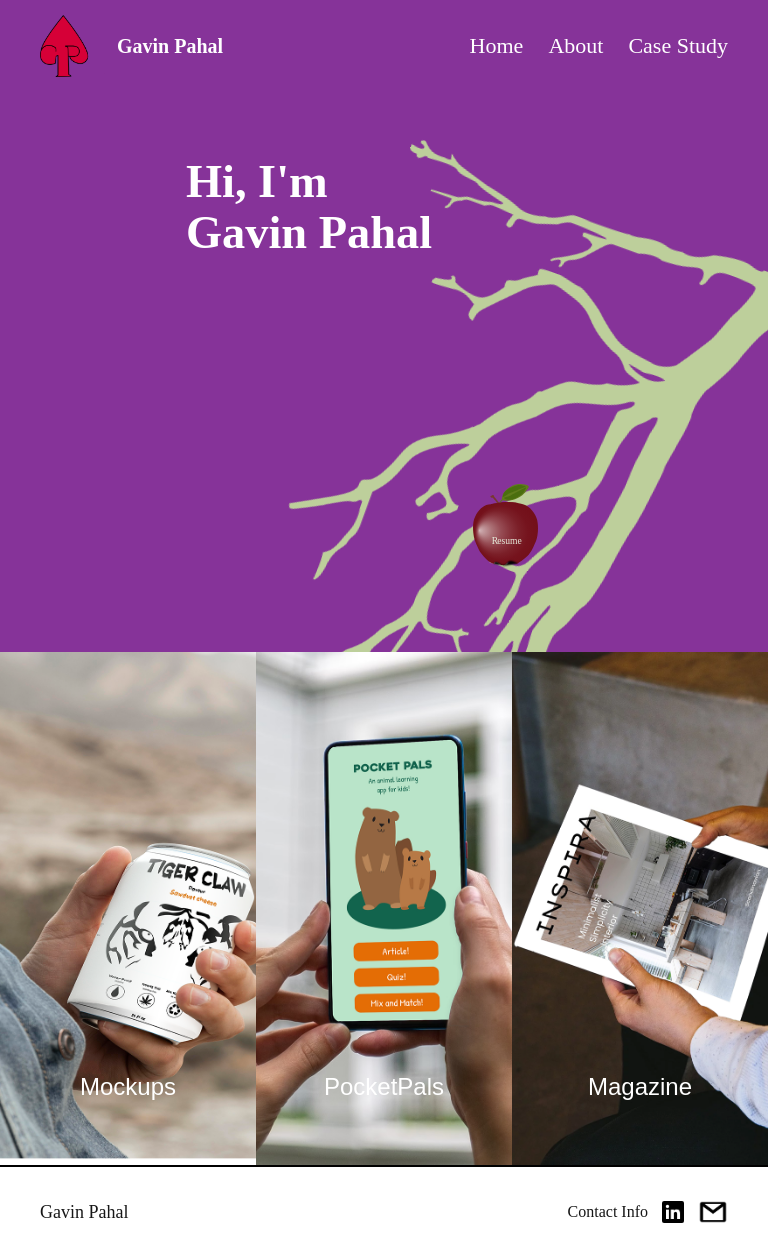
Repository: GavinPahal/portfolios
Page: /
These files come from the project's save history. The page is drawn as it stood at one moment and after the next save; the edit follows.
The browser window is 768 px wide. The pictures show the whole page.
The project was rebuilt for these pictures with package versions that can differ from the ones it lists, and the page was loaded fresh each time. The framework's server and built-in components were replaced by stand-ins that run in the browser. Also part of the build but not shown: next.config.mjs, components/BackToTop/BackToTop.module.css.

Above is the page before, as saved 2025-02-22 16:15:44.

### pages/index.js
import NavBar from "../components/NavBar/NavBar";
import HeroSection from "../components/HeroSection/HeroSection";
import Projects from "../components/Projects/Projects";
import Footer from "../components/Footer/Footer";
import BackToTop from "../components/BackToTop/BackToTop";

const home = () => {
  return (
    <div>
      <NavBar />
      <HeroSection />
      <Projects />
      <BackToTop />
      <Footer />
    </div>
  );
};

export default home;

### components/NavBar/NavBar.js
import styles from "./NavBar.module.css";
import Link from "next/link";

const NavBar = () => {
  return (
    <nav className={styles.navbar}>
      <div className={styles.logoContainer}>
        <img src="/images/lgog.png" alt="Logo" className={styles.logo} />
        <span className={styles.name}>Gavin Pahal</span>
      </div>
      <ul className={styles.navLinks}>
        <li><Link href="/">Home</Link></li>
        <li><Link href="/AboutMe">About</Link></li>
        <li><Link href="/case-study">Case Study</Link></li>
      </ul>
    </nav>
  );
};

export default NavBar;

### components/HeroSection/HeroSection.js
import { useEffect, useState } from "react";
import styles from "./HeroSection.module.css";

const HeroSection = () => {
  const words = ["Hi, I'm", "Gavin Pahal"];
  const [displayText, setDisplayText] = useState(["", ""]);
  const [index, setIndex] = useState(0);
  const [line, setLine] = useState(0);
  const [showApple, setShowApple] = useState(false);

  useEffect(() => {
    if (line < words.length && index < words[line].length) {
      const timeout = setTimeout(() => {
        setDisplayText((prev) => {
          const updatedText = [...prev];
          updatedText[line] += words[line][index];
          return updatedText;
        });
        setIndex(index + 1);
      }, 100);

      return () => clearTimeout(timeout);
    } else if (line < words.length - 1) {
      setLine(line + 1);
      setIndex(0);
    }
  }, [index, line, words]);

  useEffect(() => {
    setTimeout(() => {
      setShowApple(true);
    }, 2000); // Delay apple growth after branch appears
  }, []);

  return (
    <header className={styles.hero}>
      <div className={styles.heroText}>
        <h1 className={styles.highlightedText}>
          {displayText[0]} <br /> {displayText[1]}
        </h1>
      </div>
      <img
        src="/images/branches.svg"
        alt="Decorative Branch"
        className={styles.branchImage}
      />
      {showApple && (
        <a href="/resume.pdf" target="_blank" rel="noopener noreferrer">
          <img
            src="/images/apple.svg" // Replace with correct apple path
            alt="Read Resume"
            className={styles.apple}
          />
        </a>
      )}
    </header>
  );
};

export default HeroSection;

### components/Projects/Projects.js
import { useState, useRef } from "react";
import { createPopper } from "@popperjs/core";
import styles from "./Projects.module.css";

const projects = [
  {
    title: "Mockups",
    image: "/images/Rectangle 65.png", // Update with actual image path
    link: "/can",
    description: "High-quality product mockups to showcase your designs.",
  },
  {
    title: "PocketPals",
    image: "/images/Rectangle 75.png", // Update with actual image path
    link: "/pocket-pals",
    description: "An animal learning app for kids.",
  },
  {
    title: "Magazine",
    image: "/images/Rectangle 65 (1).png", // Update with actual image path
    link: "/magazine",
    description: "Helping travelers with food allergies find safe meals.",
  },
];

const Projects = () => {
  const [visible, setVisible] = useState(null);
  const popperRef = useRef([]);
  const tooltipRef = useRef([]);

  const handleMouseEnter = (index) => {
    setVisible(index);
    createPopper(popperRef.current[index], tooltipRef.current[index], {
      placement: "top",
      modifiers: [{ name: "offset", options: { offset: [0, 10] } }],
    });
  };

  const handleMouseLeave = () => {
    setVisible(null);
  };

  return (
    <section className={styles.projects}>
      {projects.map((project, index) => (
        <a
          key={index}
          href={project.link}
          className={styles.project}
          ref={(el) => (popperRef.current[index] = el)}
          onMouseEnter={() => handleMouseEnter(index)}
          onMouseLeave={handleMouseLeave}
        >
          <img src={project.image} alt={project.title} className={styles.image} />
          <h3 className={styles.title}>{project.title}</h3>

          <div
            ref={(el) => (tooltipRef.current[index] = el)}
            className={`${styles.overlay} ${visible === index ? styles.show : ""}`}
          >
            <p>{project.description}</p>
          </div>
        </a>
      ))}
    </section>
  );
};

export default Projects;

### components/Footer/Footer.js
import styles from "./Footer.module.css";

const Footer = () => {
  return (
    <footer className={styles.footer}>
      <div className={styles.container}>
        <p className={styles.name}>Gavin Pahal</p>
        <div className={styles.contact}>
          <span>Contact Info</span>
          <div className={styles.icons}>
            <a href="www.linkedin.com/in/gavin-pahal" target="_blank" rel="noopener noreferrer">
              <img src="/images/LinkedIn (1).png" alt="LinkedIn" />
            </a>
            <a href="mailto:gavinpahal2003@gmail.com">
              <img src="/images/Gmail Logo (1).png" alt="Email" />
            </a>
          </div>
        </div>
      </div>
    </footer>
  );
};

export default Footer;

### components/BackToTop/BackToTop.js
import { useState, useEffect } from "react";
import styles from "./BackToTop.module.css";

const BackToTop = () => {
  const [showScroll, setShowScroll] = useState(false);

  useEffect(() => {
    const handleScroll = () => {
      setShowScroll(window.scrollY > 200);
    };

    window.addEventListener("scroll", handleScroll);
    return () => window.removeEventListener("scroll", handleScroll);
  }, []);

  const scrollToTop = () => {
    window.scrollTo({ top: 0, behavior: "smooth" });
  };

  return (
    showScroll && (
      <div className={styles.scrollContainer} onClick={scrollToTop}>
        <span className={styles.scrollText}>Back to Top</span>
        <div className={styles.underline}></div>
      </div>
    )
  );
};

export default BackToTop;

### components/NavBar/NavBar.module.css
.navbar {
  font-family: "philosopher", "bold";
  display: flex;
  justify-content: space-between;
  align-items: center;
  padding: 15px 40px; /* Slightly wider for 1440px screens */
  background: #863399;
  width: 100%;
}

.logoContainer {
  display: flex;
  align-items: center;
}

.logo {
  width: 65px; /* Slightly increased for visibility */
  margin-right: 12px;
}

.name {
  color: white;
  font-size: 20px; /* Increased for readability */
  font-weight: bold;
}

.navLinks {
  list-style: none;
  display: flex;
  gap: 25px; /* Better spacing for larger screens */
}

.navLinks li a {
  color: white;
  text-decoration: none;
  font-size: 22px; /* Slightly larger for visibility */
}

/* Responsive for smaller screens */
@media (max-width: 430px) {
  .navbar {
    padding: 8px 12px;
  }

  .logo {
    width: 35px;
    margin-right: 5px;
  }

  .name {
    font-size: 12px;
  }

  .navLinks {
    gap: 15px;
  }

  .navLinks li a {
    font-size: 12px;
  }
}

### components/HeroSection/HeroSection.module.css
.hero {
  position: relative;
  width: 100%;
  height: 120vh;
  background-color: rgba(134, 51, 153, 1);
  display: flex;
  flex-direction: column;
  align-items: center;
  justify-content: center;
  overflow: hidden;
}

.heroText h1 {
  font-family: "philosopher";
  margin-bottom: 300px;
  margin-right: 600px;
  color: rgb(255, 255, 255);
  font-size: 5.5rem;
  font-weight: bold;
  line-height: 1.2;
}

.branchImage {
  position: absolute;
  right: 40%;  /* Start from the right */
  top: -25%;    /* Move it higher */
  width: 85%;  /* Make it large and prominent */
  height: auto;
  transform: rotate(-70deg); /* Tilt from top right downward */
  transform-origin: top right; /* Ensure rotation is natural */
  animation: branchReveal 2s ease-in-out forwards;
}

/* Branch Animation */
@keyframes branchReveal {
  from {
    opacity: 0;
    transform: translateX(150px) rotate(-70deg);
  }
  to {
    opacity: 1;
    transform: translateX(0) rotate(-70deg);
  }
}


/* Apple Vector Styling */
.apple {
  position: absolute;
  top: 40%; /* Adjust to align with branch near "Pahal" */
  right: 48%; /* Fine-tune position for accurate placement */
  width: 80px; /* Adjust size */
  height: auto;
  opacity: 0;
  transform: scale(0);
  animation: growApple 1.5s ease-in-out 2s forwards;
  cursor: pointer;
}

/* Apple Growing Animation */
@keyframes growApple {
  from {
    opacity: 0;
    transform: scale(0);
  }
  to {
    opacity: 1;
    transform: scale(1);
  }
}

@media screen and (max-width: 768px) {
  .hero {
    height: 70vh;
    padding: 0 110px;
  }

  .heroText h1 {
    font-size: 2.9rem; /* Make text smaller for mobile */
    margin-bottom: 330px;
    margin-right: 150px; /* Center text */
    text-align: left;
    line-height: 1.1; /* Keep proportions */
    z-index: 1;
  }

  .branchImage {
   /* Shift closer to center */
    top: -15%; /* Adjust to keep it visible */
    width: 150%; /* Make branches significantly bigger */
    max-width: none; /* Prevent unwanted scaling limits */
    transform: rotate(-70deg);
  }


  .apple {
    top: 70%; /* Keep apple aligned with branch */
    right: 30%; /* Fine-tune placement */
    width: 65px; /* Adjust apple size */
  }
}

### components/Projects/Projects.module.css
.projects {
    display: flex;
    justify-content: center;
  }

  .project {
    position: relative;
    text-align: center;
    color: white;
    max-width: 450px;
    overflow: hidden;
  }

  .image {
    width: 100%;
    height: 100%;
    transition: transform 0.3s ease-in-out;
  }

  .project:hover .image {
    transform: scale(1.05);
  }

  .title {
    position: absolute;
    bottom: 60px;
    left: 50%;
    transform: translateX(-50%);
    font-size: 1.5rem;
  }


  .overlay {
    position: absolute;
    bottom: 100%;
    left: 50%;
    transform: translateX(-50%);
    background: rgba(0, 0, 0, 0.8);
    color: white;
    padding: 10px;
    font-size: 0.9rem;
    width: 200px;
    text-align: center;
    opacity: 0;
    transition: opacity 0.3s ease-in-out;
    pointer-events: none;
  }

  .show {
    opacity: 1;
  }

### components/Footer/Footer.module.css
.footer {
  text-align: center;
  padding: 30px 20px;
  border-top: 2px solid black;
  position: relative;
  display: flex;
  justify-content: space-between;
  align-items: center;
}

.container {
  width: 100%;
  display: flex;
  justify-content: space-between;
  align-items: center;
}

.name {
  font-family: "philosopher", "bold";
  font-size: 18px;
  margin: 0; /* Aligns with the top border */
  padding-left: 20px; /* Adds some spacing from the left */
}

.contact {
  font-family: "philosopher", "bold";
  font-size: 16px;
  display: flex;
  align-items: center;
  padding-right: 20px; /* Adds some spacing from the right */
}

.icons {
  display: flex;
  gap: 10px; /* Ensures equal spacing between icons */
  margin-left: 10px; /* Adds spacing between text and icons */
}

.icons img {
  width: 30px;
}

Loaded but not shown: pages/_app.js (common file); pages/_document.js (common file); styles/globals.css (common file); tailwind.config.mjs (common file)

After the next save:
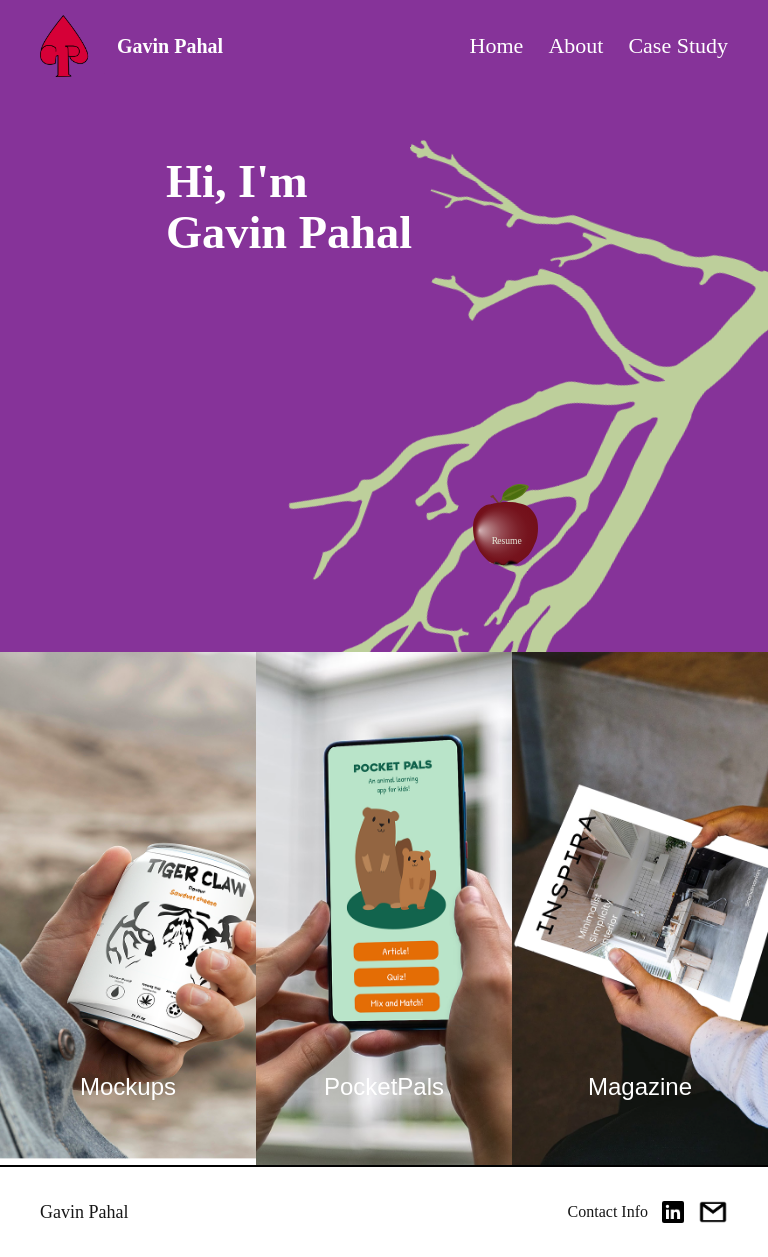
Saved 7 s later.
--- a/components/HeroSection/HeroSection.module.css
+++ b/components/HeroSection/HeroSection.module.css
@@ -78,7 +78,7 @@
   .heroText h1 {
     font-size: 2.9rem; /* Make text smaller for mobile */
     margin-bottom: 330px;
-    margin-right: 150px; /* Center text */
+    margin-right: 190px; /* Center text */
     text-align: left;
     line-height: 1.1; /* Keep proportions */
     z-index: 1;
